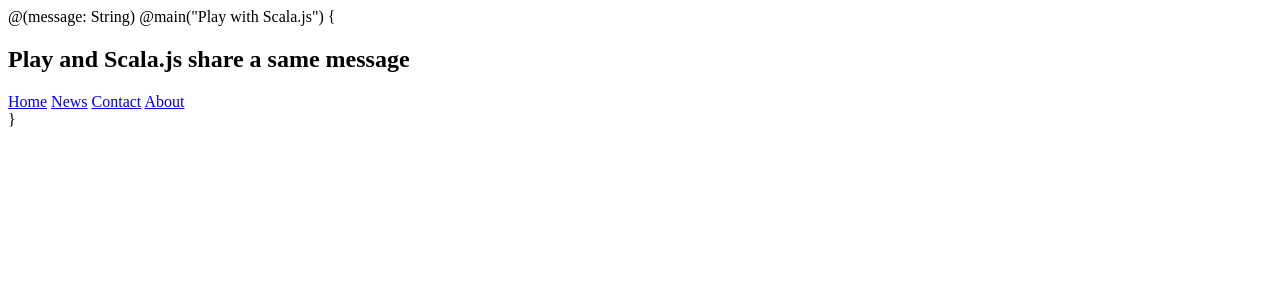
Repository: arthurfeeney/Interior-Design
Page: server/app/views/index.scala.html
These files come from the project's save history. The page is drawn as it stood at one moment and after the next save; the edit follows.
The browser window is 1280 px wide. The pictures show the whole page.

Above is the page before, as saved 2019-04-07 17:01:01.

### server/app/views/index.scala.html
@(message: String)

@main("Play with Scala.js") {
<h2>Play and Scala.js share a same message</h2>
<div class="topnav">
  <a class="active" href="#home" id="home">Home</a>
  <a href="#news" id="news">News</a>
  <a href="#contact" id="contact">Contact</a>
  <a href="#about" id="about">About</a>
</div>

<div id ="PageContent"></div>



}

After the next save:
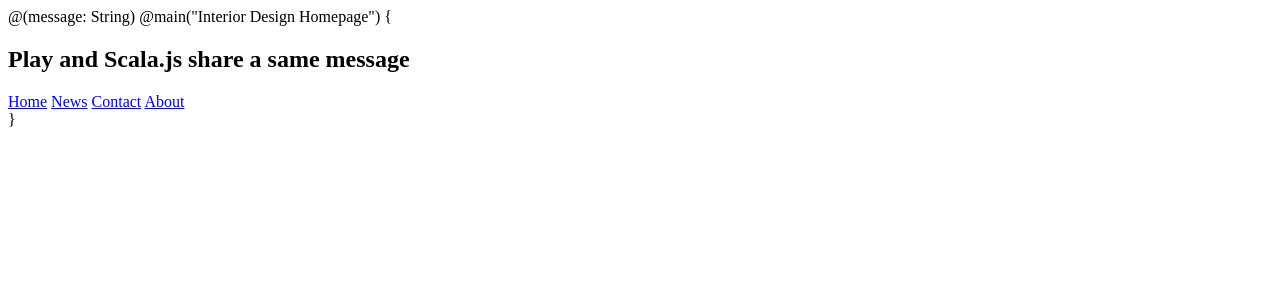
Saved 29 s later.
--- a/server/app/views/index.scala.html
+++ b/server/app/views/index.scala.html
@@ -1,6 +1,6 @@
 @(message: String)
 
-@main("Play with Scala.js") {
+@main("Interior Design Homepage") {
 <h2>Play and Scala.js share a same message</h2>
 <div class="topnav">
   <a class="active" href="#home" id="home">Home</a>
